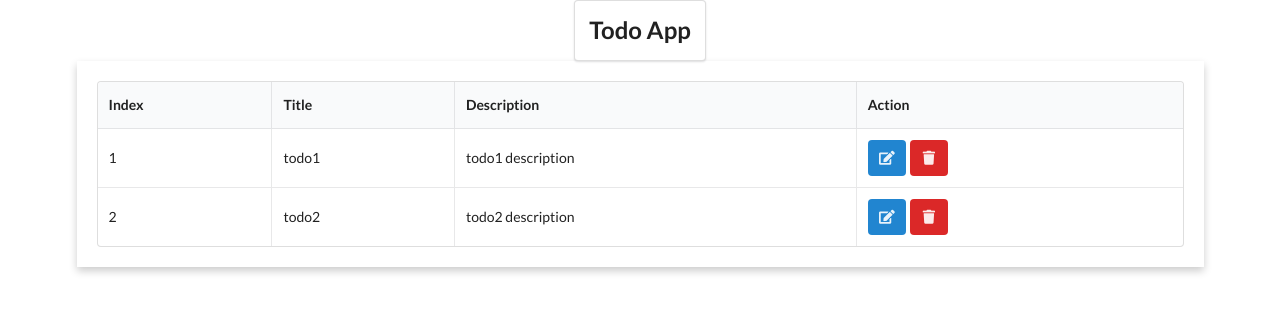
Repository: Wahid137/todo-app
Page: /
These files come from the project's save history. The page is drawn as it stood at one moment and after the next save; the edit follows.
The browser window is 1280 px wide. The pictures show the whole page.
The project was rebuilt for these pictures with package versions that can differ from the ones it lists, and the page was loaded fresh each time. Also part of the build but not shown: src/App.css, src/index.css.

Above is the page before, as saved 2024-05-03 10:15:06.

### src/index.js
import React from 'react';
import ReactDOM from 'react-dom/client';
import 'semantic-ui-css/semantic.min.css';
import App from './App';
import './index.css';
import reportWebVitals from './reportWebVitals';

const root = ReactDOM.createRoot(document.getElementById('root'));
root.render(
  <React.StrictMode>
    <App />
  </React.StrictMode>
);

// If you want to start measuring performance in your app, pass a function
// to log results (for example: reportWebVitals(console.log))
// or send to an analytics endpoint. Learn more: https://bit.ly/CRA-vitals
reportWebVitals();

### src/App.js
import './App.css';
import TodoListPage from './components/TodoListPage';

function App() {
  return (
    <TodoListPage />
  );
}

export default App;

### src/components/TodoListPage.js
import React, { useState } from 'react';
import { Button, Container, Icon, Segment, Table } from 'semantic-ui-react';

const TodoListPage = () => {
    const initialTodos = [
        { id: 1, title: "todo1", description: "todo1 description" },
        { id: 2, title: "todo2", description: "todo2 description" }
    ];

    const [todos, setTodos] = useState(initialTodos);

    const handleDelete = (id) => {
        setTodos(todos.filter(todo => todo.id !== id));
    };

    return (
        <div>
            <Segment style={{ marginTop: '20px', width: 'fit-content', margin: 'auto' }}>
                <h2 style={{ textAlign: 'center' }}>Todo App</h2>
            </Segment>
            <Container style={{ boxShadow: '0 4px 8px 0 rgba(0, 0, 0, 0.2)', padding: '20px' }}>
                <div>
                    <Table celled>
                        <Table.Header>
                            <Table.Row>
                                <Table.HeaderCell>Index</Table.HeaderCell>
                                <Table.HeaderCell>Title</Table.HeaderCell>
                                <Table.HeaderCell>Description</Table.HeaderCell>
                                <Table.HeaderCell>Action</Table.HeaderCell>
                            </Table.Row>
                        </Table.Header>

                        <Table.Body>
                            {todos.map((todo, index) => (
                                <Table.Row key={todo.id}>
                                    <Table.Cell>{index + 1}</Table.Cell>
                                    <Table.Cell>{todo.title}</Table.Cell>
                                    <Table.Cell>{todo.description}</Table.Cell>
                                    <Table.Cell>
                                        <Button icon color='blue'>
                                            <Icon name='edit' />
                                        </Button>
                                        <Button icon color='red' onClick={() => handleDelete(todo.id)}>
                                            <Icon name='trash' />
                                        </Button>
                                    </Table.Cell>
                                </Table.Row>
                            ))}
                        </Table.Body>
                    </Table>
                </div>
            </Container>
        </div>
    );
};

export default TodoListPage;

Loaded but not shown: public/index.html (common file); src/reportWebVitals.js (common file)

After the next save:
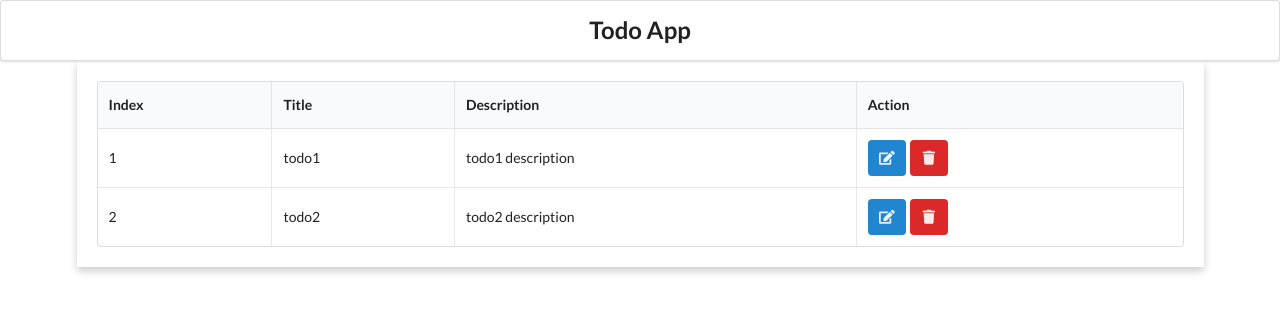
Saved 34 s later.
--- a/src/components/TodoListPage.js
+++ b/src/components/TodoListPage.js
@@ -15,7 +15,7 @@ const TodoListPage = () => {
 
     return (
         <div>
-            <Segment style={{ marginTop: '20px', width: 'fit-content', margin: 'auto' }}>
+            <Segment style={{ marginTop: '20px', margin: 'auto' }}>
                 <h2 style={{ textAlign: 'center' }}>Todo App</h2>
             </Segment>
             <Container style={{ boxShadow: '0 4px 8px 0 rgba(0, 0, 0, 0.2)', padding: '20px' }}>
